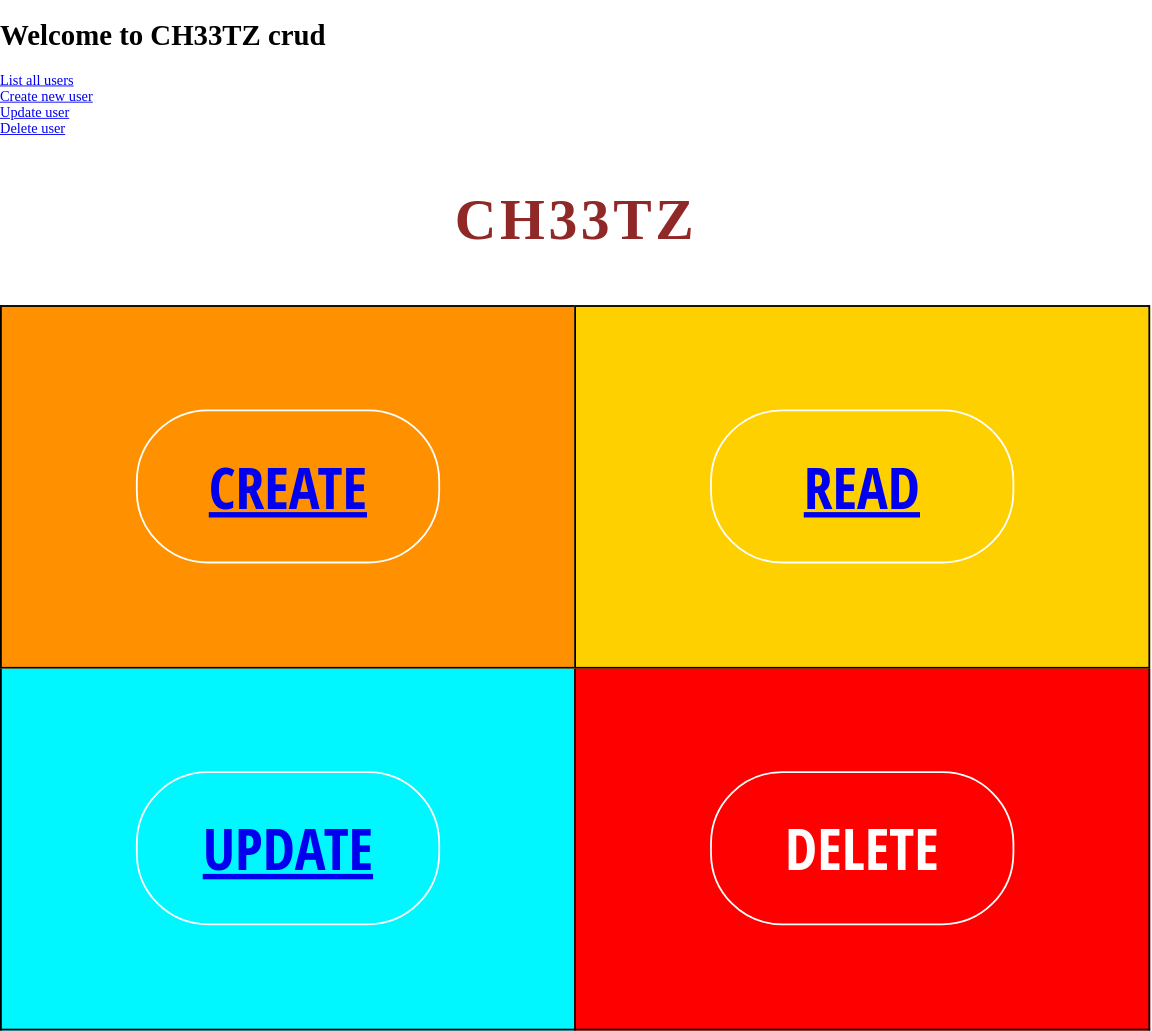
Repository: ivanmirandastavenuiter/spring-boot-mvc-crud
Page: http://localhost/ch33tz/
An editor plug-in stored every save of this project. The page is shown before and after the next save, followed by the edit.
The browser window is 1280 px wide. The pictures show the whole page, at 90% of full size.
Some web fonts or font styles are not loaded; a fallback is used. The page is served by Tomcat 9.

Above is the page before, as saved 2020-04-28 16:17:43.

After the next save:
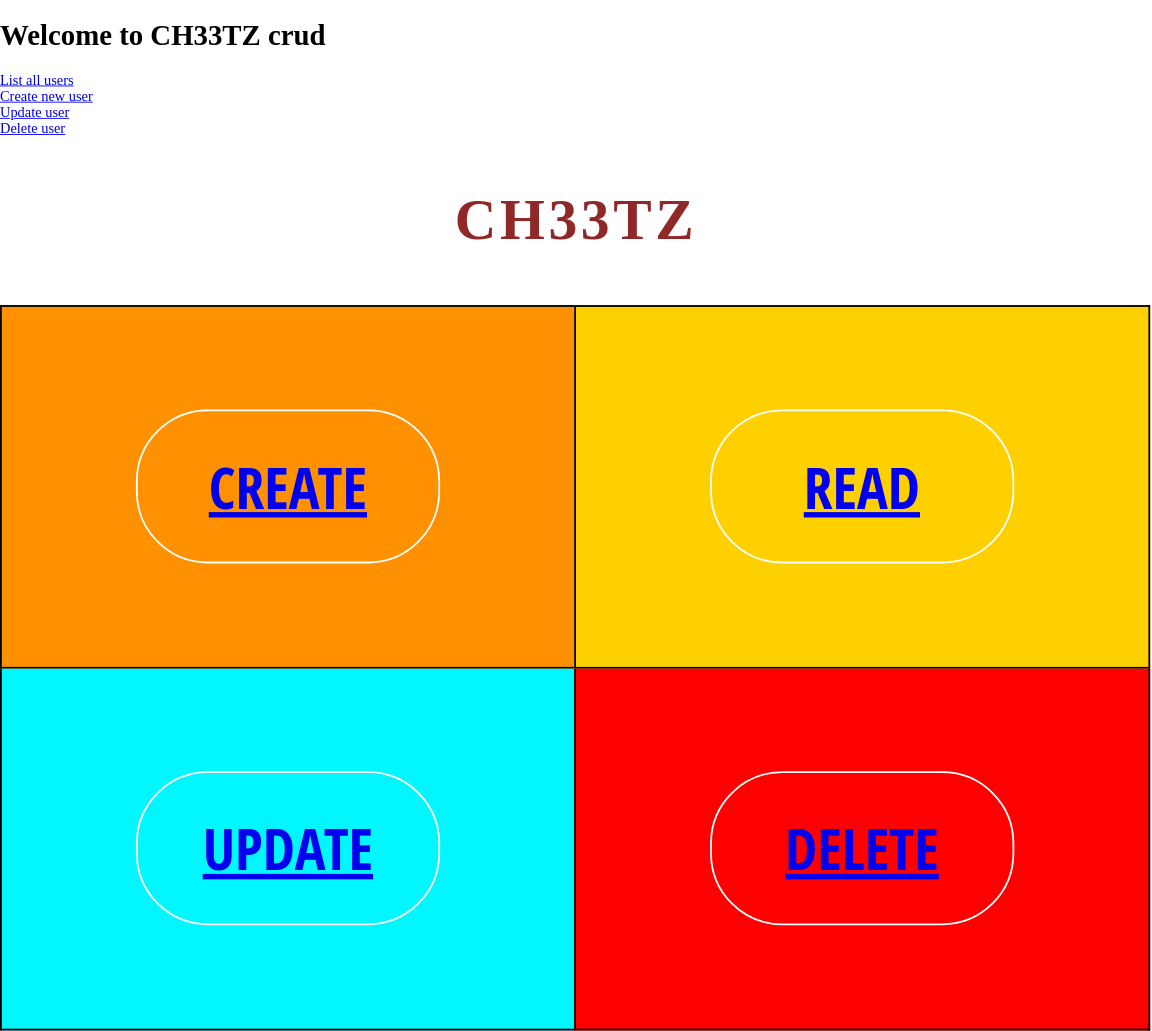
Saved 30 s later.
--- a/ch33tz/src/main/webapp/index.jsp
+++ b/ch33tz/src/main/webapp/index.jsp
@@ -124,7 +124,7 @@
             </div>
             <div class="operation-item-d">
                 <div class="operation-label">
-                    DELETE
+                    <a href="${contextPath}/user/list">DELETE</a>
                 </div>
             </div>
         </div>
